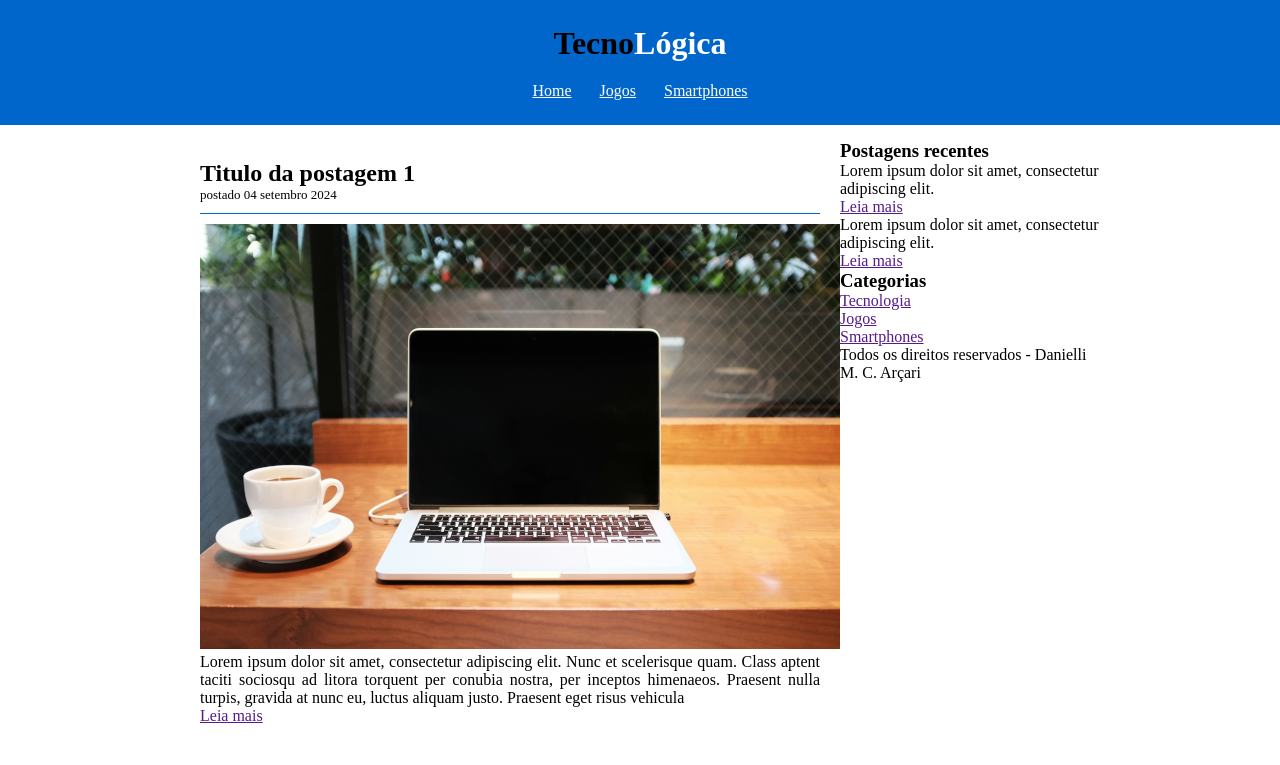
Repository: danielli-arcari/blog-html-css
Page: index.html
An editor plug-in stored every save of this project. The page is shown before and after the next save, followed by the edit.
The browser window is 1280 px wide. The pictures show the whole page.

Above is the page before, as saved 2026-03-10 16:35:04.

After the next save:
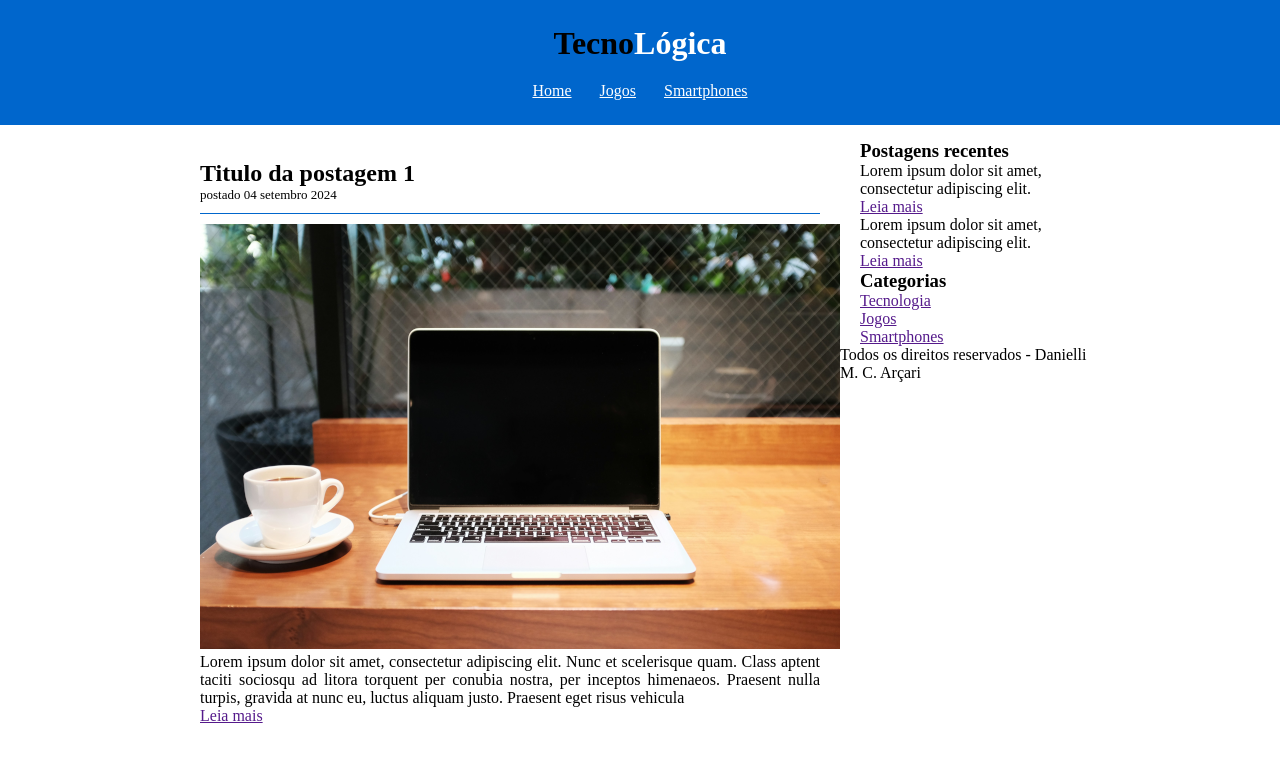
Saved 2 min 37 s later.
--- a/css/style.css
+++ b/css/style.css
@@ -60,3 +60,11 @@
     margin-bottom: 10px;
     display: block;
 }
+
+/*
+***Right side***
+*/
+#right-side{
+    width: 240px;
+    float: right;
+}
